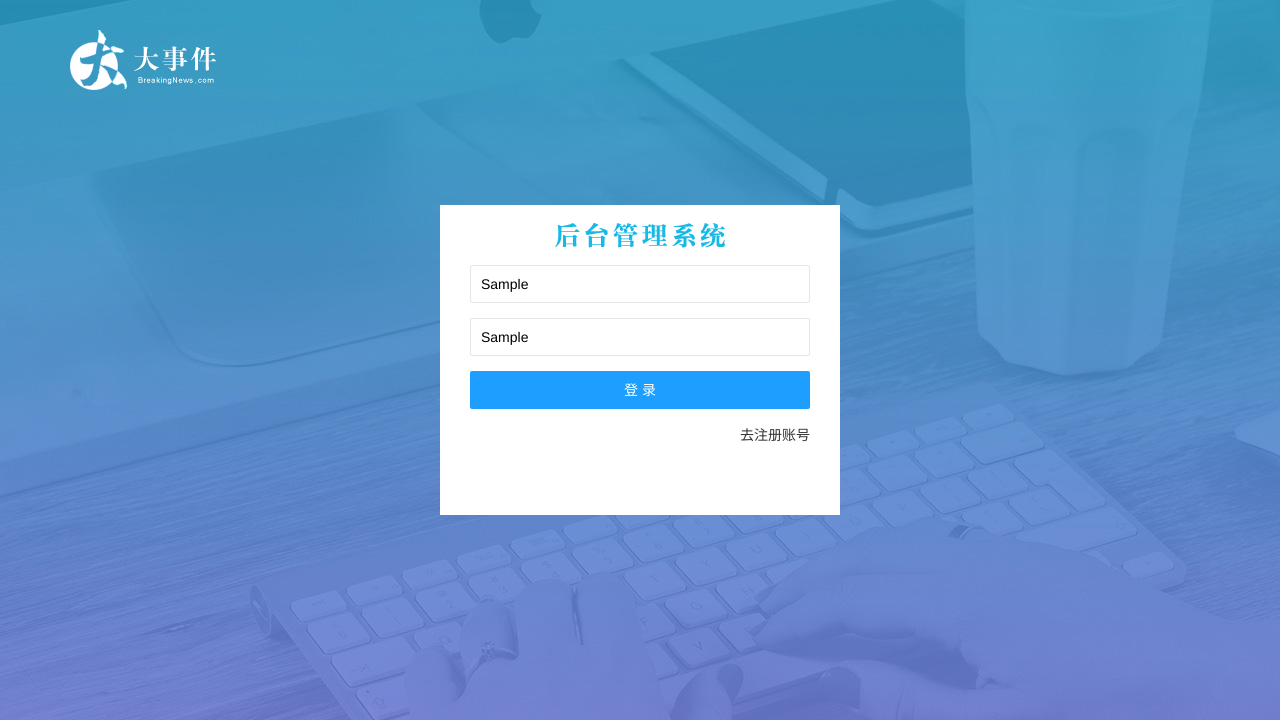
Repository: xxsleep/-
Page: home/login.html
The author's editor kept a copy of each file at every save. The page is drawn from the files as they stood at one save, then again after the next save.
The browser window is 1280 px wide. The pictures show the whole page.
Empty fields were first filled with sample values (such as "Sample", 5 or name@example.com).
After loading, the first visible `#gotoRg` was clicked once.

Above is the page before, as saved 2020-11-24 09:19:37.

After the next save:
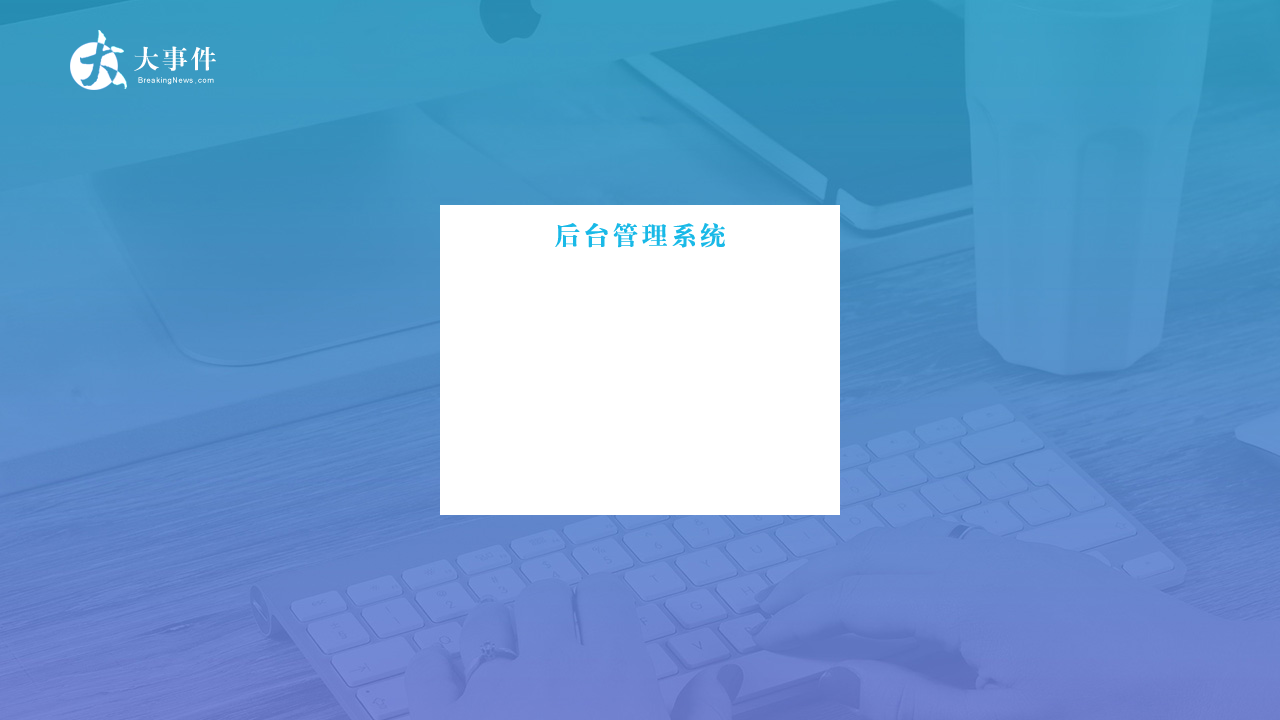
Saved 36 s later.
--- a/assets/js/login.js
+++ b/assets/js/login.js
@@ -1,5 +1,5 @@
 $(function () {
     $('#gotoRg').click(function () {
-        $(this).parents('.lgbox')
+        $(this).parents('.lgbox').hide()
     })
 })
